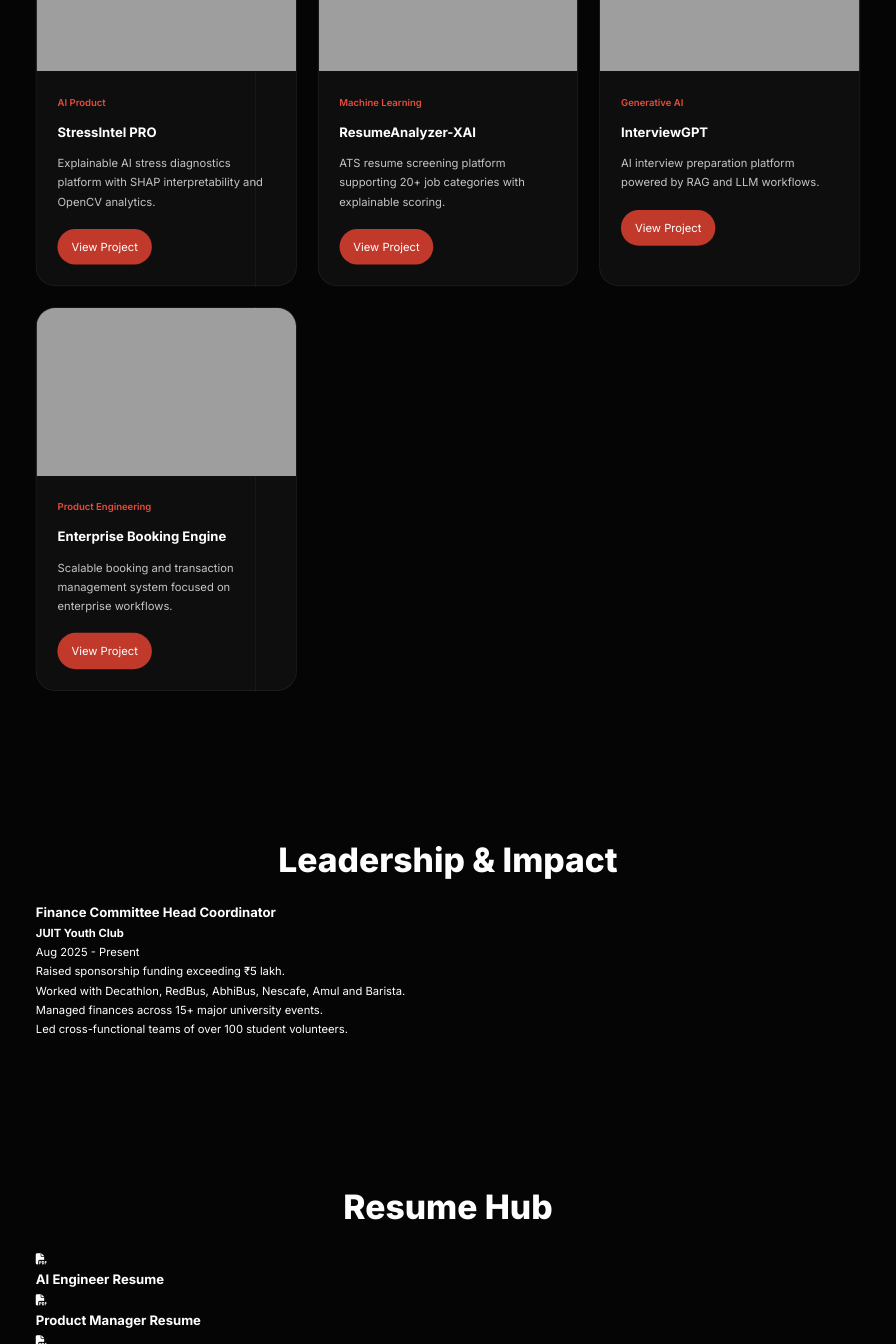
Repository: PratapOP/Official_Portfolio
Page: http://localhost/
These files come from the project's save history. The page is drawn as it stood at one moment and after the next save; the edit follows.
The browser window is 1280 px wide. The pictures show the part of the page from y = 4580 to 6500 px (the page is 7423 px tall before and 7641 px after), at 70% of full size.
Pictures or frames that could not be fetched are drawn as grey boxes. The page is run by PHP 8.4 with error messages shown; the project is at /var/www/html/.

Above is the page before, as saved 2026-06-08 14:27:58.

After the next save:
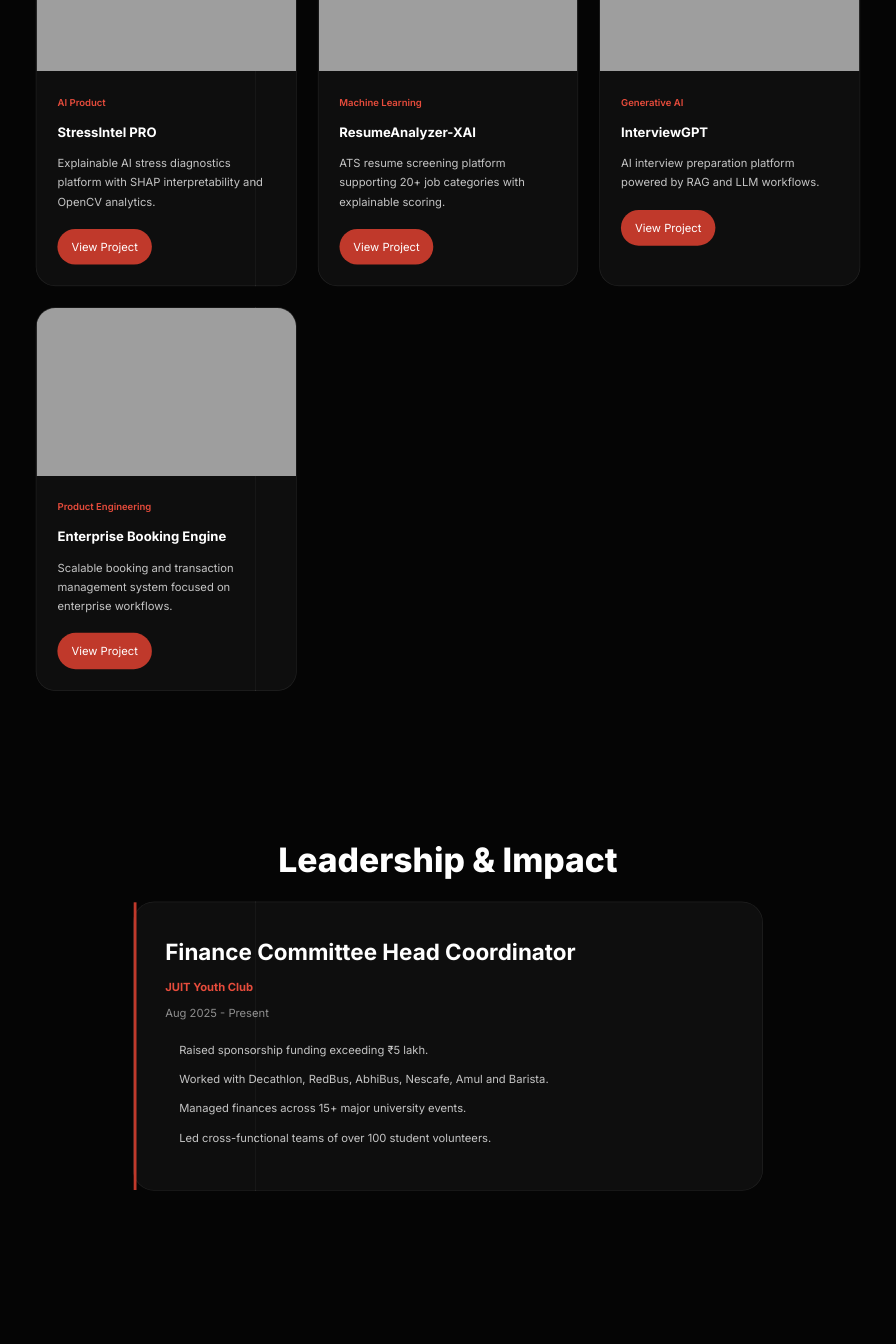
Saved 9 s later.
--- a/assets/css/style.css
+++ b/assets/css/style.css
@@ -1102,3 +1102,76 @@ section{
 
     color:white;
 }
+
+/* =====================================================
+   LEADERSHIP
+===================================================== */
+
+.leadership-card{
+
+    max-width:900px;
+
+    margin:auto;
+
+    padding:45px;
+
+    border-radius:30px;
+
+    background:var(--bg-card);
+
+    border:1px solid var(--border);
+
+    position:relative;
+}
+
+.leadership-card::before{
+
+    content:"";
+
+    position:absolute;
+
+    left:0;
+
+    top:0;
+
+    width:4px;
+
+    height:100%;
+
+    background:var(--accent);
+}
+
+.leadership-card h3{
+
+    font-size:2rem;
+
+    margin-bottom:8px;
+}
+
+.leadership-card h4{
+
+    color:var(--accent-bright);
+
+    margin-bottom:10px;
+}
+
+.leadership-card span{
+
+    color:var(--text-muted);
+
+    display:block;
+
+    margin-bottom:25px;
+}
+
+.leadership-card ul{
+
+    padding-left:20px;
+}
+
+.leadership-card li{
+
+    margin-bottom:15px;
+
+    color:var(--text-secondary);
+}
